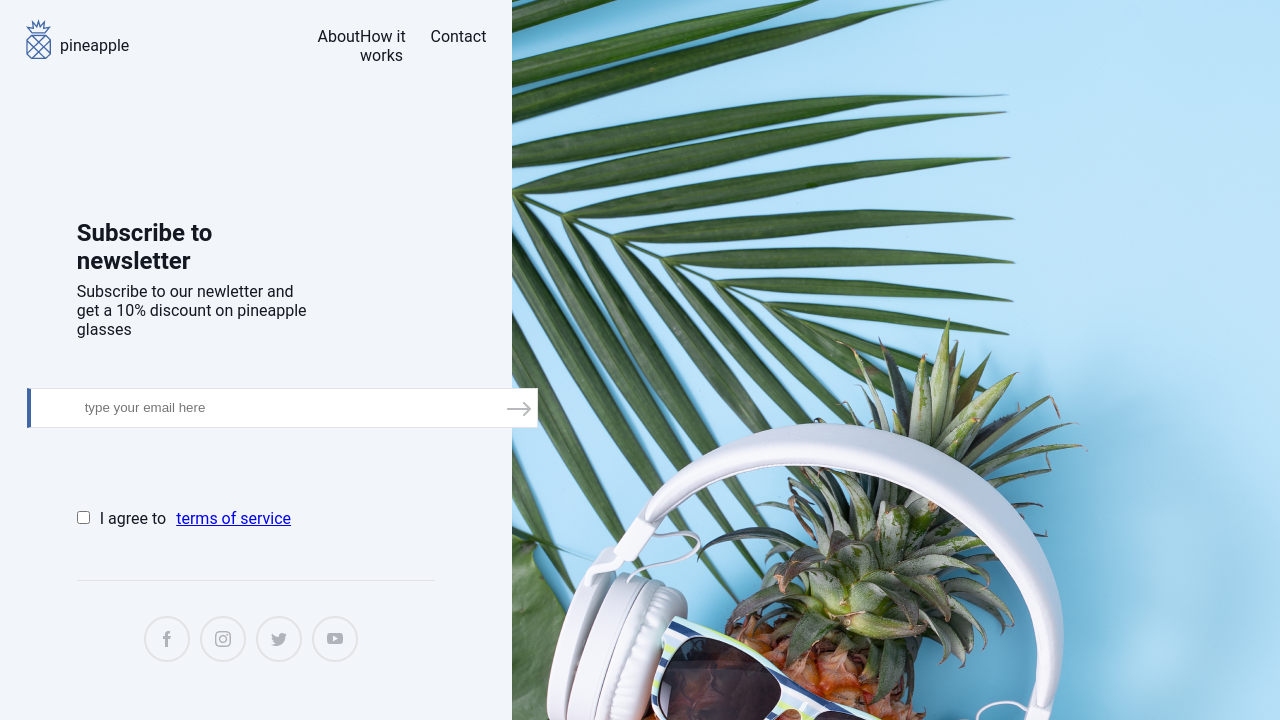
Repository: PaulsBebris/megabit-task
Page: /
An editor plug-in stored every save of this project. The page is shown before and after the next save, followed by the edit.
The browser window is 1280 px wide. The pictures show the whole page.
The project was rebuilt for these pictures with package versions that can differ from the ones it lists, and the page was loaded fresh each time.

Above is the page before, as saved 2021-04-19 16:19:26.

After the next save:
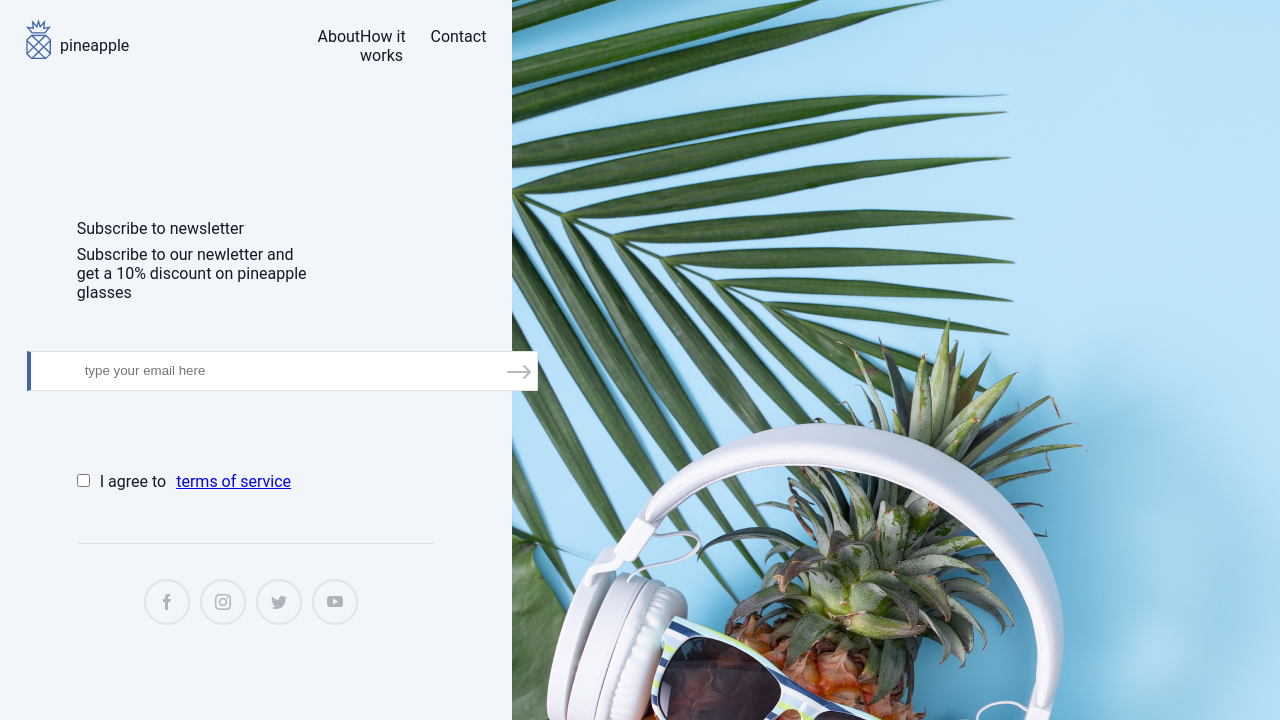
Saved 33 s later.
--- a/src/views/Home.vue
+++ b/src/views/Home.vue
@@ -13,7 +13,7 @@
         </div>
       </div>
       <div class="content-wrapper">
-        <h2>Subscribe to newsletter</h2>
+        <div>Subscribe to newsletter</div>
         <p>Subscribe to our newletter and get a 10% discount on pineapple glasses</p>
       </div>
       <div class="subscribe-form-wrapper">

After the save that followed:
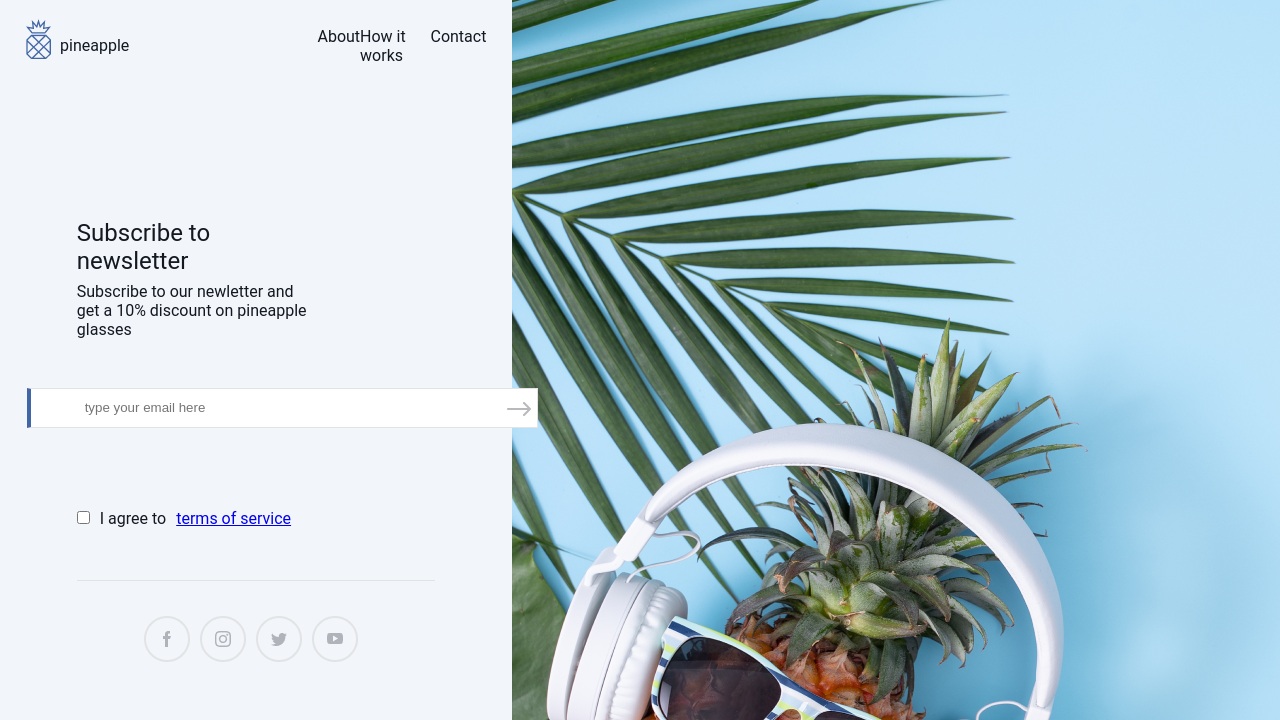
Saved 25 s later.
--- a/src/views/Home.vue
+++ b/src/views/Home.vue
@@ -115,6 +115,7 @@ export default {
 }
 .content-wrapper :first-child {
   margin-bottom: 3%;
+  font-size: 24px;
 }
 .content-wrapper p {
   margin-bottom: 20%;
